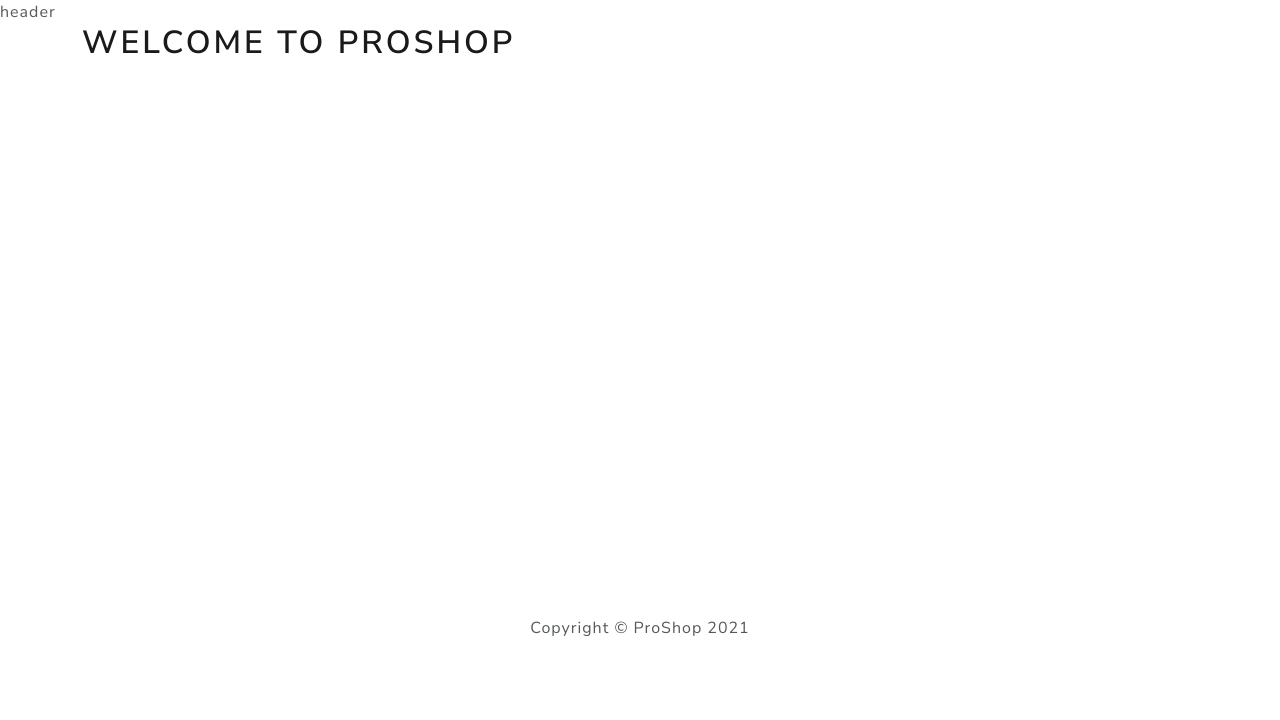
Repository: Erangr90/ProShop
Page: / (app in frontend/)
The author's editor kept a copy of each file at every save. The page is drawn from the files as they stood at one save, then again after the next save.
The browser window is 1280 px wide. The pictures show the whole page.
The project was rebuilt for these pictures with package versions that can differ from the ones it lists, and the page was loaded fresh each time.

Above is the page before, as saved 2021-05-29 17:59:54.

After the next save:
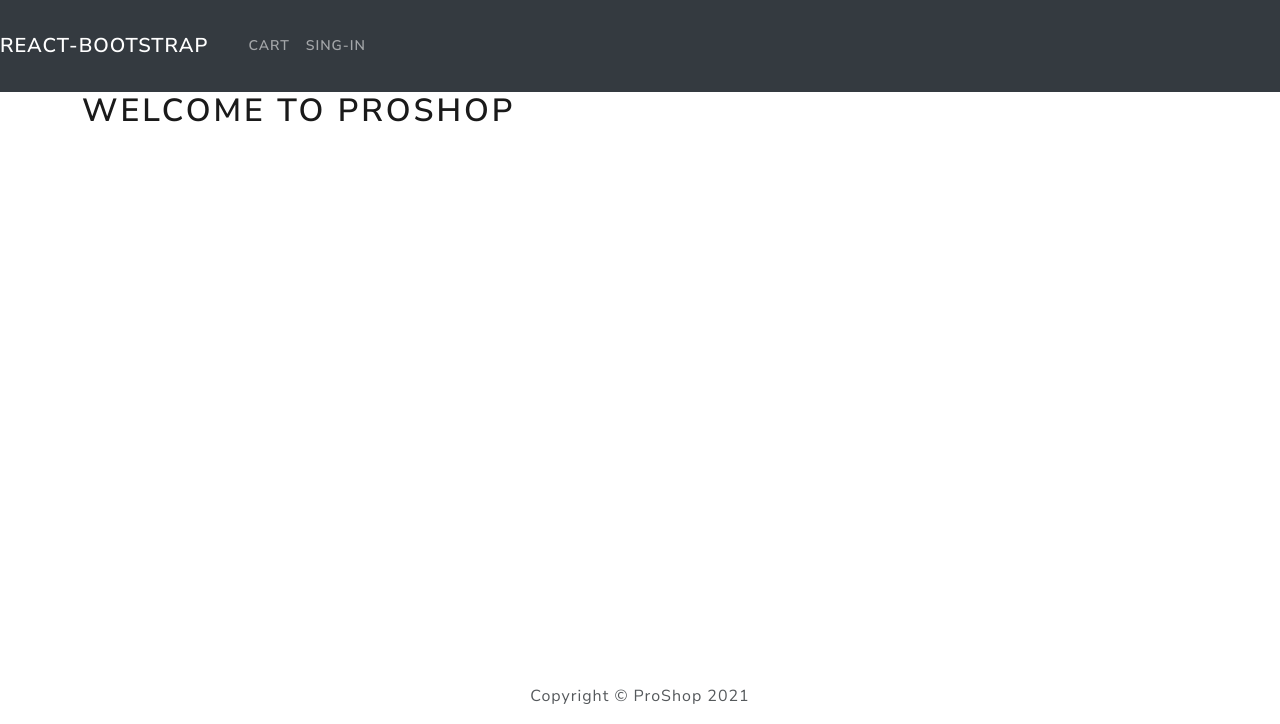
Saved 8 min 50 s later.
--- a/frontend/src/components/Header.jsx
+++ b/frontend/src/components/Header.jsx
@@ -1,9 +1,19 @@
 import React from 'react'
+import {Navbar,Nav, Container} from 'react-bootstrap'
 
 const Header = () => {
     return (
         <header>
-            header
+            <Navbar bg="dark" variant='dark' expand="lg" collapseOnSelect>
+  <Navbar.Brand href="/">React-Bootstrap</Navbar.Brand>
+  <Navbar.Toggle aria-controls="basic-navbar-nav" />
+  <Navbar.Collapse id="basic-navbar-nav">
+    <Nav className="mr-auto">
+      <Nav.Link href="/cart">Cart</Nav.Link>
+      <Nav.Link href="/login">Sing-in</Nav.Link>
+    </Nav>
+  </Navbar.Collapse>
+</Navbar>
         </header>
     )
 }
